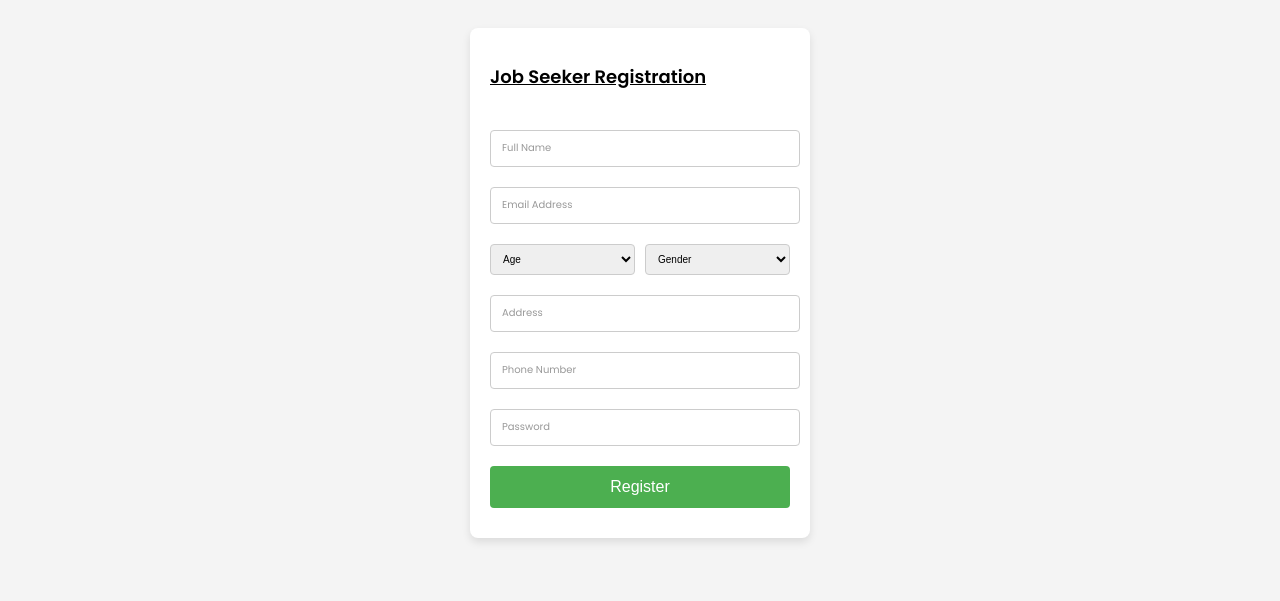
Repository: parthsabhani/Job_Portal_JSP_Servlet
Page: http://localhost/Job_Portal/jobSeekerRegistration.jsp
The author's editor kept a copy of each file at every save. The page is drawn from the files as they stood at one save, then again after the next save.
The browser window is 1280 px wide. The pictures show the whole page.
The page is served by Tomcat 10.

Above is the page before, as saved 2025-04-22 08:35:04.

After the next save:
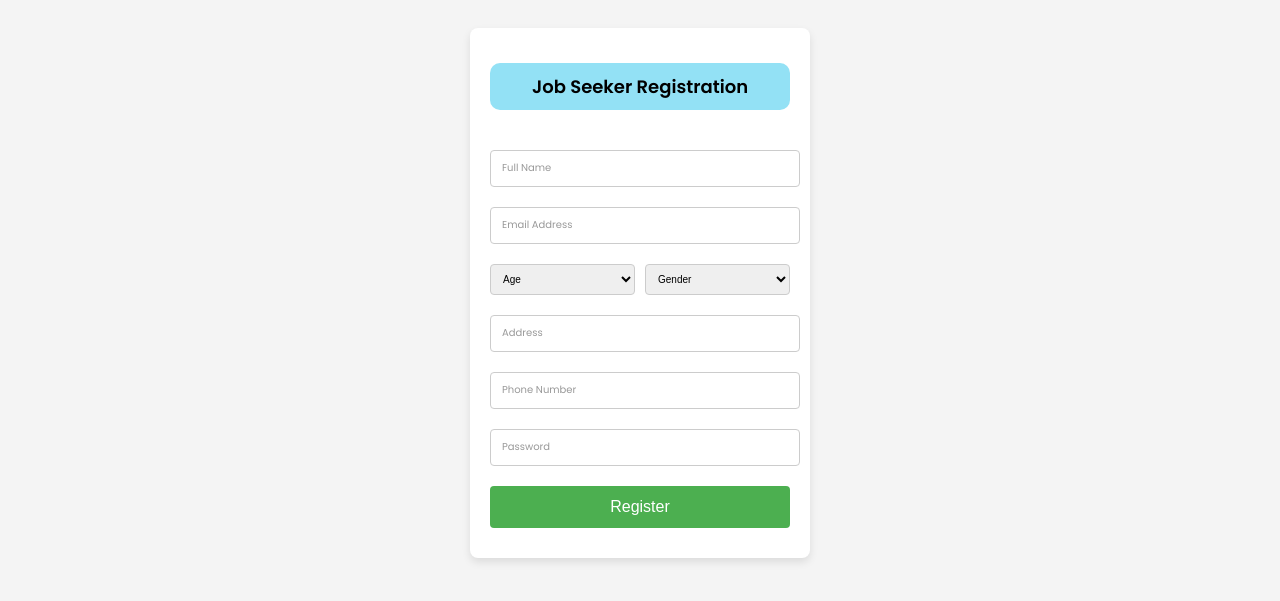
Saved 7 min 33 s later.
--- a/Job_Portal/src/main/webapp/jobSeekerRegistration.jsp
+++ b/Job_Portal/src/main/webapp/jobSeekerRegistration.jsp
@@ -35,10 +35,13 @@ body {
 }
 
 h2 {
-	text-decoration: underline;
-	text-align: left;
+	text-align: center;
+	background-color: #93e1f5;
+	padding: 10px;
+	border-radius: 10px;
 	margin-bottom: 40px;
 }
+
 
 form {
 	display: flex;
